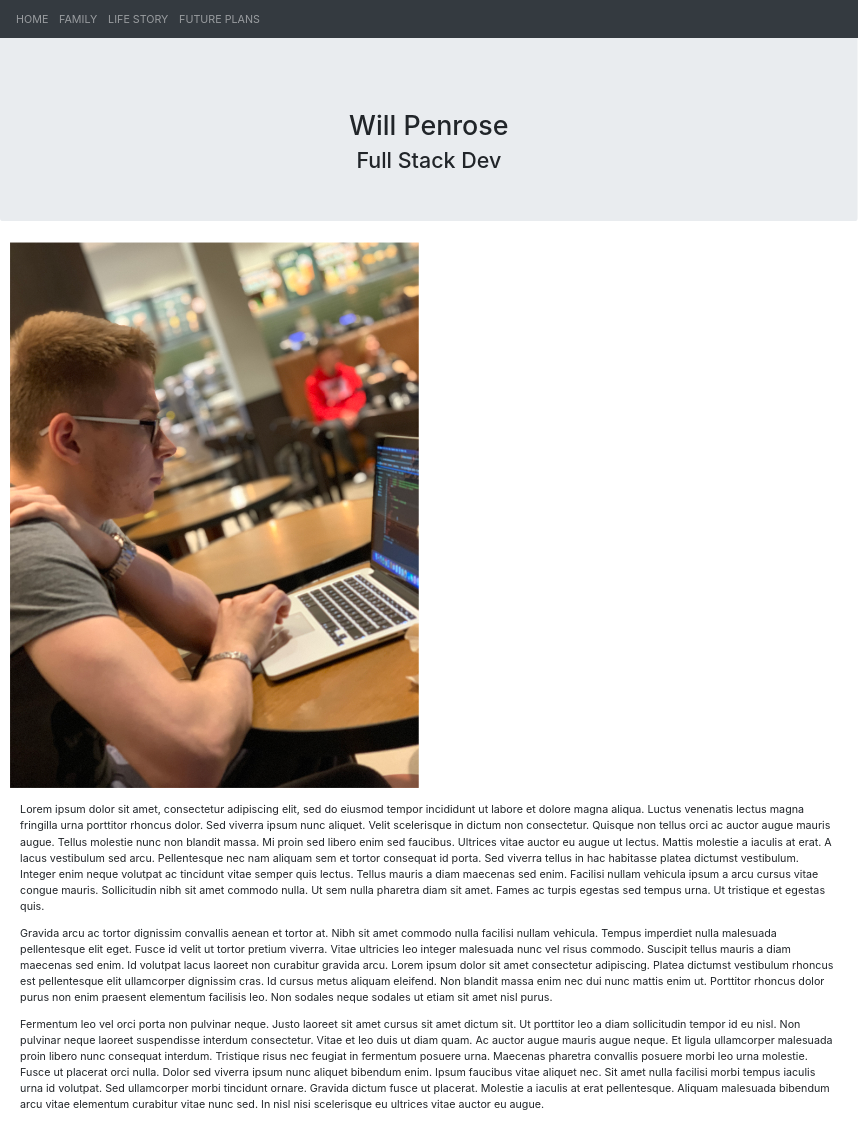
Repository: Code-Institute-Submissions/user-centric-frontend-dev-milestone-project
Page: index.html
The author's editor kept a record of every edit. The page is drawn from the files as they stood at one moment, then again after the next edit.
The browser window is 1280 px wide. The pictures show the whole page, at 67% of full size.

Above is the page before.

### index.html
<!DOCTYPE html>
<html lang="en">

<head>
    <meta charset="UTF-8">
    <meta name="viewport" content="width=device-width, initial-scale=1.0">
    <meta http-equiv="X-UA-Compatible" content="ie=edge">
    <link rel="stylesheet" href="assets/css/style.css" type="text/css" />
    <link rel="stylesheet" href="https://stackpath.bootstrapcdn.com/font-awesome/4.7.0/css/font-awesome.min.css" type="text/css" />
    <link rel="stylesheet" href="https://stackpath.bootstrapcdn.com/bootstrap/4.3.1/css/bootstrap.min.css" type="text/css" />
    <title>Will Penrose Autobiography</title>
</head>

<body>
    <header>
        <!--------------------------------------NAVBAR----------------------------->

        <nav class="navbar navbar-expand-sm bg-dark navbar-dark fixed-top text-uppercase">
            <button class="navbar-toggler" data-toggle="collapse" data-target="#collapse_target">
                <span class="navbar-toggler-icon"></span>
            </button>
            <div class="collapse navbar-collapse" id="collapse_target">
                <ul class="navbar-nav">
                    <li class="nav-item">
                        <a class="nav-link" href="#">Home</a>
                    </li>
                    <li class="nav-item">
                        <a class="nav-link" href="#">Family</a>
                    </li>
                    <li class="nav-item">
                        <a class="nav-link" href="#">Life Story</a>
                    </li>
                    <li class="nav-item">
                        <a class="nav-link" href="#">Future Plans</a>
                    </li>
                </ul>
            </div>
        </nav>
        <!--------------------------------------JUMBOTRON----------------------------->
        <div class="container-fluid">
            <div class="row jumbotron">
                <div class="col-12 heading">
                    <h1 class="name">Will Penrose</h1>
                    <h2 class="title">Full Stack Dev</h2>
                </div>
            </div>
        </div>
    </header>

    <!--------------------------------------MAIN IMAGE AND PARAGRAPHS----------------------------->

    <section>
        <div class="container-fluid">
            <div class="row">
                <div class="col-sm-12 col-md-12 col-lg-6">
                    <img src="assets/images/will.jpg" class="image"></img>
                </div>
            </div>
            <div class="col-sm-12 col-md-12 home-paragraphs">
                <p>
                    Lorem ipsum dolor sit amet, consectetur adipiscing elit, sed do eiusmod tempor incididunt ut labore et dolore magna aliqua. Luctus venenatis lectus magna fringilla urna porttitor rhoncus dolor. Sed viverra ipsum nunc aliquet. Velit scelerisque in dictum
                    non consectetur. Quisque non tellus orci ac auctor augue mauris augue. Tellus molestie nunc non blandit massa. Mi proin sed libero enim sed faucibus. Ultrices vitae auctor eu augue ut lectus. Mattis molestie a iaculis at erat. A lacus
                    vestibulum sed arcu. Pellentesque nec nam aliquam sem et tortor consequat id porta. Sed viverra tellus in hac habitasse platea dictumst vestibulum. Integer enim neque volutpat ac tincidunt vitae semper quis lectus. Tellus mauris a
                    diam maecenas sed enim. Facilisi nullam vehicula ipsum a arcu cursus vitae congue mauris. Sollicitudin nibh sit amet commodo nulla. Ut sem nulla pharetra diam sit amet. Fames ac turpis egestas sed tempus urna. Ut tristique et egestas
                    quis.
                </p>
                <p>
                    Gravida arcu ac tortor dignissim convallis aenean et tortor at. Nibh sit amet commodo nulla facilisi nullam vehicula. Tempus imperdiet nulla malesuada pellentesque elit eget. Fusce id velit ut tortor pretium viverra. Vitae ultricies leo integer malesuada
                    nunc vel risus commodo. Suscipit tellus mauris a diam maecenas sed enim. Id volutpat lacus laoreet non curabitur gravida arcu. Lorem ipsum dolor sit amet consectetur adipiscing. Platea dictumst vestibulum rhoncus est pellentesque elit
                    ullamcorper dignissim cras. Id cursus metus aliquam eleifend. Non blandit massa enim nec dui nunc mattis enim ut. Porttitor rhoncus dolor purus non enim praesent elementum facilisis leo. Non sodales neque sodales ut etiam sit amet
                    nisl purus.
                </p>
                <p>
                    Fermentum leo vel orci porta non pulvinar neque. Justo laoreet sit amet cursus sit amet dictum sit. Ut porttitor leo a diam sollicitudin tempor id eu nisl. Non pulvinar neque laoreet suspendisse interdum consectetur. Vitae et leo duis ut diam quam. Ac
                    auctor augue mauris augue neque. Et ligula ullamcorper malesuada proin libero nunc consequat interdum. Tristique risus nec feugiat in fermentum posuere urna. Maecenas pharetra convallis posuere morbi leo urna molestie. Fusce ut placerat
                    orci nulla. Dolor sed viverra ipsum nunc aliquet bibendum enim. Ipsum faucibus vitae aliquet nec. Sit amet nulla facilisi morbi tempus iaculis urna id volutpat. Sed ullamcorper morbi tincidunt ornare. Gravida dictum fusce ut placerat.
                    Molestie a iaculis at erat pellentesque. Aliquam malesuada bibendum arcu vitae elementum curabitur vitae nunc sed. In nisl nisi scelerisque eu ultrices vitae auctor eu augue.
                </p>
            </div>
        </div>
    </section>

    <footer>

    </footer>
</body>

</html>

### assets/css/style.css

/*---------------------------Heading*/
.heading {
    text-align: center;
    margin: 0;
    padding-top: 100px;
}

img {
    width: 100%;
    height: 100%;
}

/*----------------------Text*/

.home-paragraphs {
    position: absolute;
    padding-top: 20px
}

@media (max-width: 768px) {
    .home-paragraphs {
        padding-top: 20px;
    }
}

After the next edit:
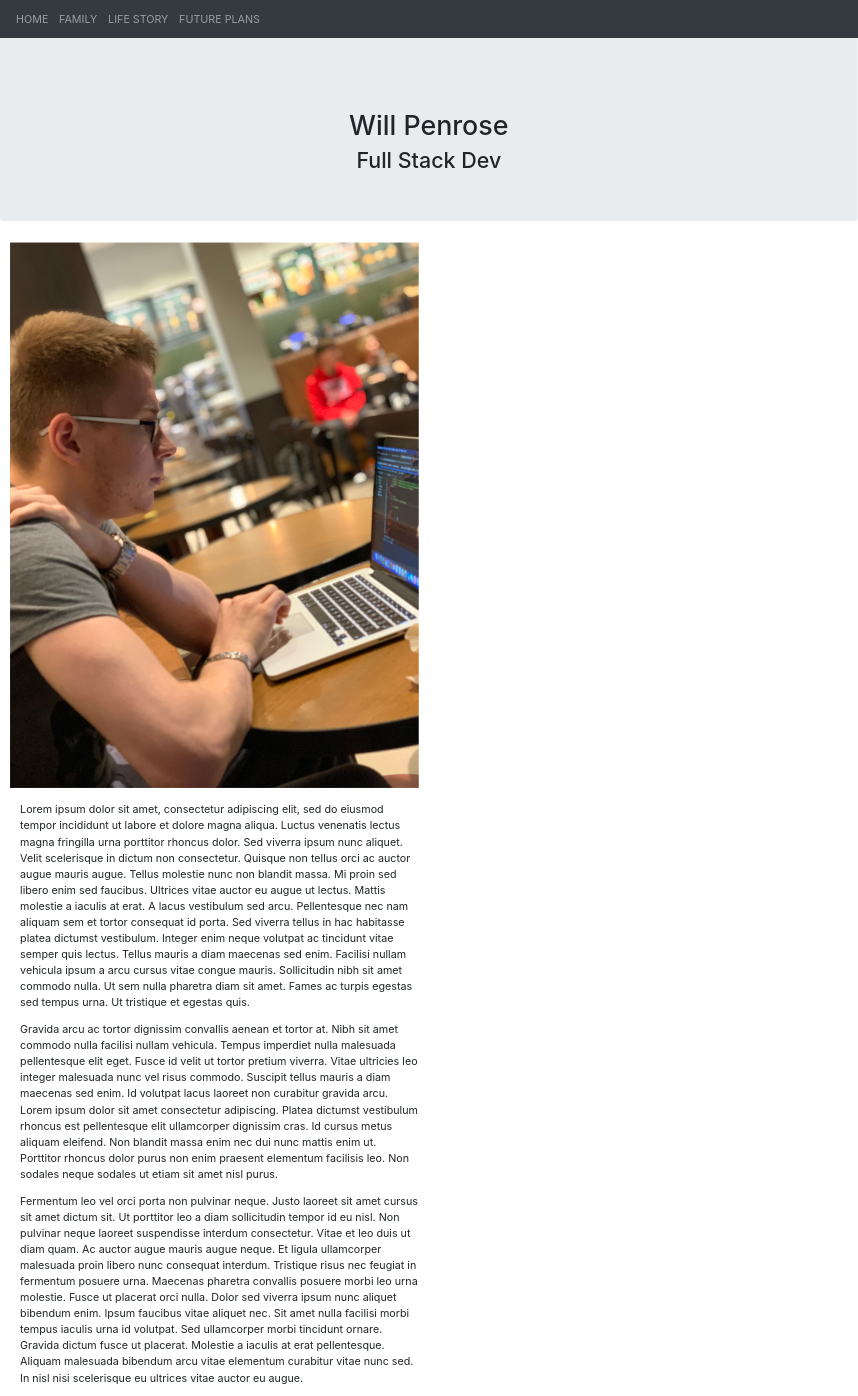
The edit:
--- a/index.html
+++ b/index.html
@@ -56,7 +56,7 @@
                     <img src="assets/images/will.jpg" class="image"></img>
                 </div>
             </div>
-            <div class="col-sm-12 col-md-12 home-paragraphs">
+            <div class="col-sm-12 col-md-12 col-lg-6 home-paragraphs">
                 <p>
                     Lorem ipsum dolor sit amet, consectetur adipiscing elit, sed do eiusmod tempor incididunt ut labore et dolore magna aliqua. Luctus venenatis lectus magna fringilla urna porttitor rhoncus dolor. Sed viverra ipsum nunc aliquet. Velit scelerisque in dictum
                     non consectetur. Quisque non tellus orci ac auctor augue mauris augue. Tellus molestie nunc non blandit massa. Mi proin sed libero enim sed faucibus. Ultrices vitae auctor eu augue ut lectus. Mattis molestie a iaculis at erat. A lacus
